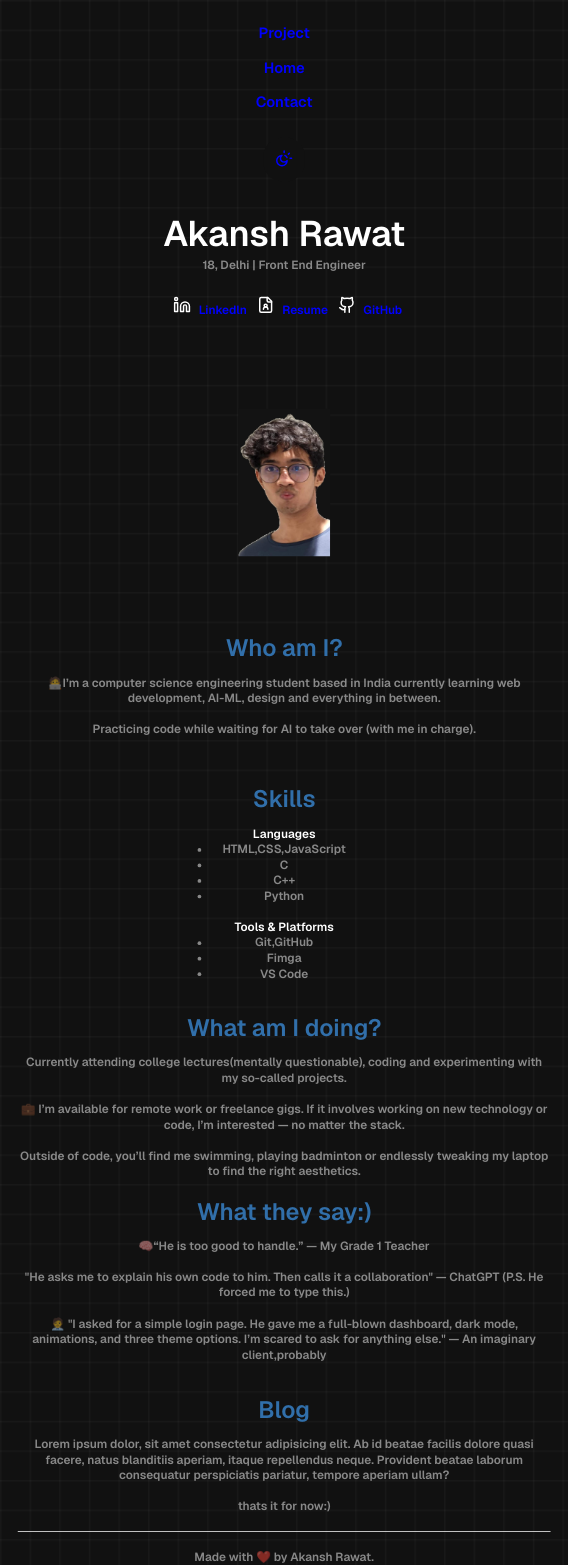
Repository: wakkawakka3/akansh-portfolio
Page: index.html
These files come from the project's save history. The page is drawn as it stood at one moment and after a run of saves; the edit follows.
The browser window is 768 px wide. The pictures show the whole page, at 74% of full size.

Above is the page before, as saved 2025-07-14 18:44:34.

After the next 2 saves:
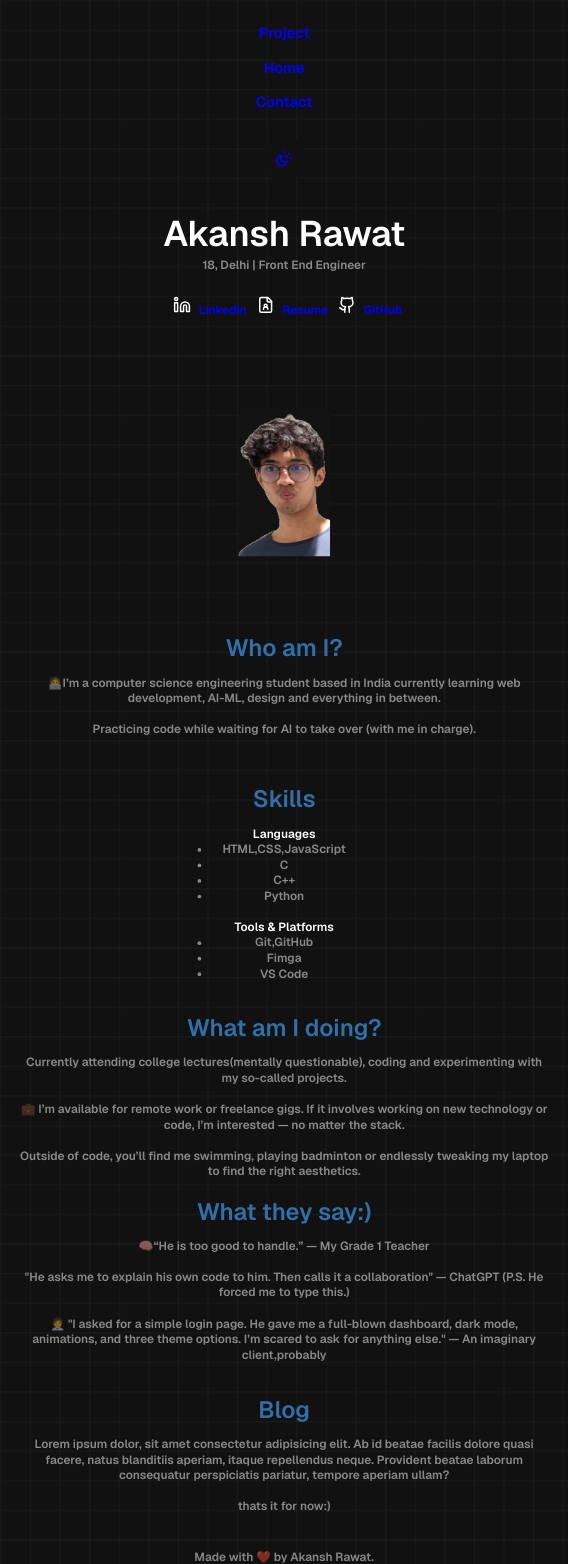
The 2 saves are shown as one change because they came seconds apart.
The last was saved 13 s later.
--- a/style.css
+++ b/style.css
@@ -187,7 +187,6 @@ button {
     grid-template-columns: 1fr;
     place-items: center;
     gap: 16px;
-    border-bottom: 1px solid #fff;
   }
 
   .image,
@@ -196,6 +195,7 @@ button {
   .working,
   .testimonial,
   .blog {
+    border-bottom: 1px solid #fff;
     border: none;
     max-width: 100%;
     min-height: auto;
